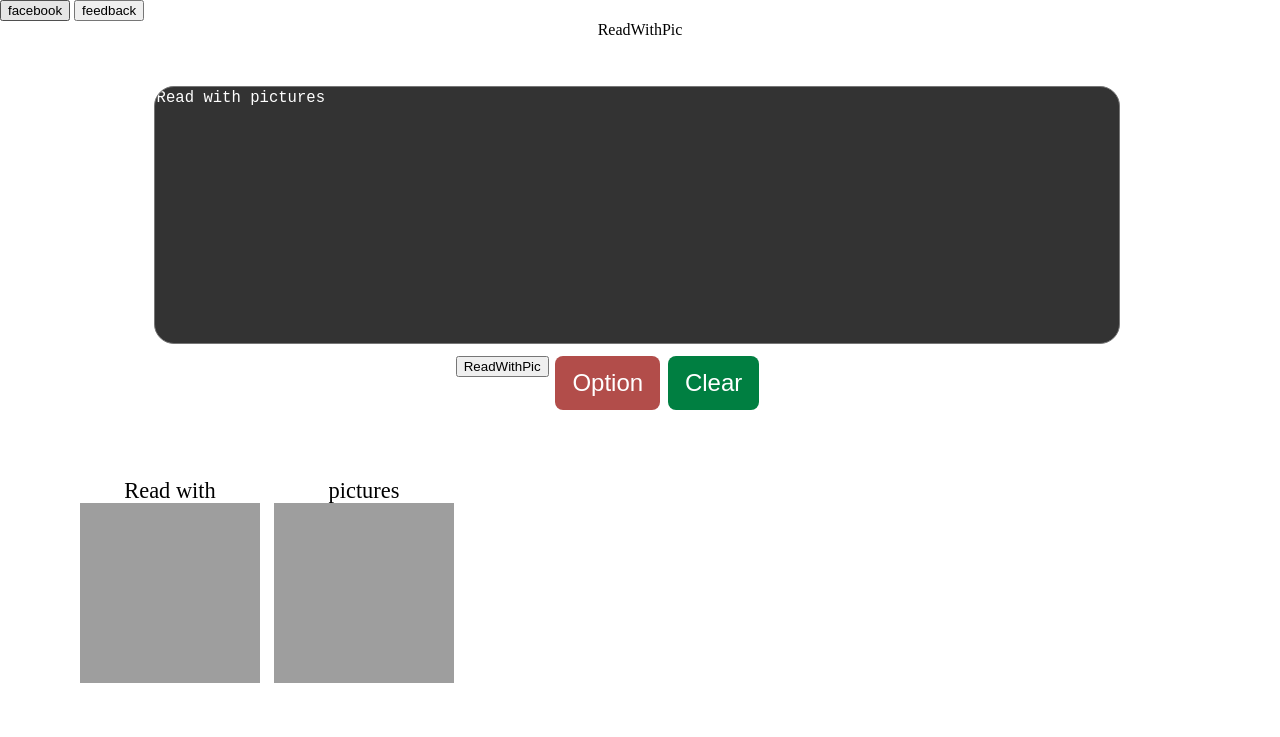
Repository: readwithpic/readwithpic.github.io
Page: index.html
The author's editor kept a record of every edit. The page is drawn from the files as they stood at one moment, then again after the next edit.
The browser window is 1280 px wide. The pictures show the whole page.
Pictures or frames that could not be fetched are drawn as grey boxes. Some web libraries are served in a nearby version.

Above is the page before.
Console error: TypeError: Cannot read properties of undefined (reading 'length')

### index.html
<!DOCTYPE html>
<html>

    <head>
        <meta charset="utf-8">
        <link rel="stylesheet" type="text/css" href="style.css" />
        <script src="https://ajax.googleapis.com/ajax/libs/jquery/2.1.3/jquery.min.js"></script>
        <script type="text/javascript" src="jscript.js"></script>
    </head>

    <body>
        <!-- <button type="button" id="feedback">Feedback</button>-->
        <!--Facebook Code-->
        <div class="social">
            <button type="button" class="facebook" onclick="window.open('https://www.facebook.com/readwithpic','_blank')">facebook
            </button>
            <button type="button" class="feedback"  onclick="window.open('https://www.facebook.com/readwithpic','_blank')">feedback
            </button>
        </div>
        <div class="logo"><a href="http://readwithpic.github.io" class="linkColor">ReadWithPic</a>
        </div>
        <div id="textBox">
            <div>
                <button type="button" id="roundB">
                    <p class="msg">R..</p>
                </button>
                <button type="button" id="closeB">
                    <p class="msg">X</p>
                </button>
            </div>
            <div>
                <textarea rows="10" cols="80" id="textInput" name="texthere">Read with pictures</textarea>
            </div>
            <div class="optionBox">
                <form action="#">
                    <div id="checkboxP">
                        <input type="checkbox" name="option" id="funny">
                        <label for="funny"><span class="cText"> Some Humour</span></label>
                    </div>
                    <div id="divAni">
                        <input type="checkbox" name="option" id="ani">
                        <label for="ani"><span class="cText">Animation</span></label>
                    </div>
                </form>
            </div>
            <div class="mainGroup">
                <div class="group">
                    <div id="buttonSpin">
                        <div class="spinner">
                            <div class="bounce1"></div>
                            <div class="bounce2"></div>
                            <div class="bounce3"></div>
                        </div>
                    </div>
                    <button type="button" id="convert">ReadWithPic</button>
                    <button type="button" id="option"><span id='optionText'>Option</span><span id='optionClose'>X</span></button>
                    <button type="button" id="clear">Clear</button>
                </div>
            </div>
        </div>
        <div class="front">
            <ul>
                <li class="showIt">
                    <figure>
                        <img src="http://www.auburn.edu/academic/education/reading_genie/navig/read.gif" height=180 width=180>
                        <figcaption>
                            <p class='withPic'>Read with</p>
                        </figcaption>
                    </figure>
                </li>
                <li class="showIt">
                    <figure>
                        <img src="https://pbs.twimg.com/profile_images/425063504039538688/sO0mRdKW.jpeg" height=180 width=180>
                        <figcaption>
                            <p class='withPic'>pictures</p>
                        </figcaption>
                    </figure>
                </li>
            </ul>
        </div>
        <!--debug <button type="button" id="loadme">Load</button>
            <button type="button" id="debug">debug</button>
           -->
        <div id="display">
            <ul>
                <li id="listLoad">
                    <div id="loadingSpin">
                        <div class="spinner">
                            <div class="bounce1"></div>
                            <div class="bounce2"></div>
                            <div class="bounce3"></div>
                        </div>
                    </div>
                </li>
            </ul>
        </div>
        <div><span id="sDebug"> </span><span id="what"></span>
        </div>
    </body>

</html>

### style.css
html, body { height: 100%; width: 100%; margin: 0; }


.logo{
    text-align:center;
    cursor:hand;
}

a:link {
    text-decoration: none;
}

a:visited {

    text-decoration: none;
}

a:hover {
    text-decoration: none;
}

a:active {
    text-decoration: none;

}
.linkColor{
    color:black;
}
#facebook{
   cursor:pointer;
   text-align:center;
   background-color: #3763A8;
   color: white;
   font-size: 1.2em;
   text-decoration: none;
   padding: 0.1% 0.1% ;
   border: none;
}

#facebook:hover{
    background-color:#3b5998;
}

#facebook:active{
    background-color:#3763A8;
}

#feedback{
   cursor:pointer;
   text-align:center;
   background-color: #BF4572;
   color: white;
   font-size: 1.2em;
   text-decoration: none;
   padding: 0.1% 0.1% ;
   border: none;

}

#feedback:hover{
    background-color:#7F2E4C;
}

#feedback:active{
    background-color:#BF4572;
}

.fb-like{
    width:200px;
}

li {
    display: inline-block;
    text-align:center;
    height:250px;
    padding-left:-100px;
}

.showIt{
    display:inline-block;
}

img{
    margin-right:-70px;
    float:left;
    padding:0px 0px 0px 0px;
}

#searchbox {
    width:600px;
    height:200px;
}

p {
 display:inline;
}

.withPic{
    font-size:1.4em;
    position:relative;
    left:35px;
    top:-205px;
    z-index:-1;
}
.onlyText{
 margin-left:4px;
}

#sDebug{
    background-color:brown;
}

#what{
    background-color:red;
}

/*half page div box */
#textBox{
  position:absolute;
  width:100%;
  height:50%;
}

textarea{
    -webkit-overflow-scrolling: touch;
}

#textInput{
    color:white;
    font-size:1.2em;
    position:absolute;
    display:block;
    resize:none;
    top:13%;
    left:12%;
    width:75%;
    height:70%;
    background-color:#333333;
    -moz-border-radius: 10px;
    -webkit-border-radius: 10px;
    border-radius: 20px;

}

#textInput:focus{
  border-color: #FF6C24;
  outline:none;
}

.front{
    position:relative;
    top:60%;
}

.optionBox{
    position:fixed;
    top:14%;
    background-color:#B24D4A;
    width:190px;
    height:90px;
    color:white;
    border-top-right-radius:20px;
    border-bottom-right-radius:20px;
    display:none;
}

#optionText{
    display:block;
}

#optionClose{
   margin-left:28.5px;
   margin-right:26px;
   display:none;
}

.cText{
   font-size:1.5em;
}

input[type=checkbox]
{
  display:inline-bloc;
   margin-left:15px;
   margin-top:15px;
   margin-right:10px;
  /* Double-sized Checkboxes */
  -ms-transform: scale(3); /* IE */
  -moz-transform: scale(3); /* FF */
  -webkit-transform: scale(3); /* Safari and Chrome */
  -o-transform: scale(3); /* Opera */
  padding: 10px;

}

.mainGroup {
    float:left;
    position:relative;
    top:88%;
    left:44%;
}

.group {
    width:215px;
    float:left;
    position:relative;
    left:-50%;
}

#divAni{
    margin-top:10px;
}
#readwithpic  {
    display:inline-block;
    text-align:center;
    background-color: #FF6C24;
   -webkit-border-radius: 8px;
    -moz-border-radius: 8px;
    border-radius: 8px;
     color: white;
   font-size: 1.5em;
   text-decoration: none;
   padding: 6% 8% ;
   border: none;
   }

#readwithpic:hover{
    background-color:#E55900;
}

#readwithpic:active {
   background-color: #993D00;
   }

#readwithpic:disabled{
background-color:#FFAA70;
}

#buttonSpin{
    position:absolute;
    margin-top:10%;
    margin-left:28%;
    display:none;
}

#clear{
    position:absolute;
    display:inline-block;
    margin-left:119px;
    text-align:center;
    background-color: #007F41;
   -webkit-border-radius: 8px;
    -moz-border-radius: 8px;
    border-radius: 8px;
   color: white;
   font-size: 1.5em;
   text-decoration: none;
   padding: 6% 8% ;
   border: none;
   }

#clear:hover {
   background-color:  #00683B;
   }


#clear:active {
   background-color: #007F41;
   }

#option{
    position:absolute;
    margin-left: 6.5px;
    text-align:center;
    background-color:#B24D4A;
   -webkit-border-radius: 8px;
    -moz-border-radius: 8px;
    border-radius: 8px;
   color: white;
   font-size: 1.5em;
   text-decoration: none;
   padding: 6% 8% ;
   border: none;
   }

#option:hover {
   background-color:#B23734;
   }


#option:active {
   background-color:#B24D4A;
   }


#roundB{
  position:fixed;
  top:1.5%;
  right:5%;
  width:50px;
  height:50px;
  background-color: #FF6C24;
  border-radius:50%;
  border: none;
  text-align:center;
  font-size:2em;
  color:white;
  display:none;
}

#roundB:hover{
    background-color:#E55900;
}

#roundB:active {
   background-color: #FF6C24;
   }

#closeB{
  position:fixed;
  top:1.5%;
  right:5%;
  width:50px;
  height:50px;
  background-color:#FF4024;
  border-radius:50%;
  border: none;
  text-align:center;
  font-size:2em;
  display:none;
}

#closeB:hover{
    background-color:#B20A00;
}

#closeB:active {
   background-color:#FF4024;
}

/* Loading */
#listLoad{
  position:relative;
  width:180px;
  height:180px;
  display:none;
}

#loadingSpin{
    position:absolute;
    top:77px;
    left:67px;
    z-index:-2;
}

spinner {
  margin-left:100px;
  width: 70px;
  text-align: center;
}

.spinner > div {
  width: 15px;
  height: 15px;
  background-color: #333;
  border-radius: 100%;
  display: inline-block;
  -webkit-animation: bouncedelay 1.4s infinite ease-in-out;
  animation: bouncedelay 1.4s infinite ease-in-out;
  /* Prevent first frame from flickering when animation starts */
  -webkit-animation-fill-mode: both;
  animation-fill-mode: both;
}

.spinner .bounce1 {
  -webkit-animation-delay: -0.32s;
  animation-delay: -0.32s;
}

.spinner .bounce2 {
  -webkit-animation-delay: -0.16s;
  animation-delay: -0.16s;
}

/* loading end */

@-webkit-keyframes bouncedelay {
  0%, 80%, 100% { -webkit-transform: scale(0.0) }
  40% { -webkit-transform: scale(1.0) }
}

@keyframes bouncedelay {
  0%, 80%, 100% {
    transform: scale(0.0);
    -webkit-transform: scale(0.0);
  } 40% {
    transform: scale(1.0);
    -webkit-transform: scale(1.0);
  }
}

### jscript.js
var link = new Array();
var link2 = new Array();
//looping variables and interger only
var k, j, i, h, startNum, constantV, calNum;
var filterWords = ["is", "are", "all", "another", "any", "anybody", "anyone", "anything", "botheach", "each", "other", "either", "everybody", "everyone", "everything", "few", "he", "her", "hers", "herself", "him", "himself", "his", "it", "its", "itself", "many", "me", "mine", "more", "most", "much", "myself", "neither", "no", "one", "nobody", "none", "nothing", "another", "other", "others", "ours", "ourselves", "several", "she", "some", "somebody", "someone", "something", "their", "theirs", "them", "themselves", "these", "they", "this", "those", "us", "we", "what", "whatever", "which", "whichever", "who", "whoever", "whom", "whomever", "whose", "you", "your", "yours", "yourself", "yourselves", "that", "it's", "time", "person", "year", "way", "day", "thing", "man", "world", "life", "hand", "part", "child", "eye", "woman", "place", "work", "week", "case", "point", "government", "company", "number", "group", "problem", "fact", "be", "have", "do", "say", "get", "make", "go", "know", "take", "see", "come", "think", "look", "want", "give", "use", "find", "tell", "ask", "work", "seem", "feel", "try", "leave", "call", "good", "new", "first", "last", "long", "great", "little", "own", "other", "old", "right", "big", "high", "different", "small", "large", "next", "early", "young", "important", "few", "public", "bad", "same", "able", "to", "of", "in", "for", "on", "with", "at", "by", "from", "up", "about", "into", "over", "after", "beneath", "under", "above", "the", "and", "a", "that", "", "it", "not", "he", "as", "you", "this", "but", "his", "they", "her", "she", "or", "an", "will", "my", "one", "all", "would", "there", "their", "aboard", "about", "above", "across", "after", "against", "along", "amid", "among", "around", "as", "at", "before", "behind", "below", "beneath", "beside", "besides", "between", "beyond", "but", "by", "concerning", "considering", "despite", "down", "during", "except", "excepting", "excluding", "following", "for", "from", "in", "inside", "into", "like", "minus", "near", "of", "off", "on", "onto", "opposite", "outside", "over", "past", "per", "plus", "regarding", "round", "save", "since", "than", "through", "to", "toward", "towards", "under", "underneath", "unlike", "until", "up", "upon", "versus", "via", "with", "within", "without"];
var lastList, textInput, myScroll, loadList, count,option,animation, userInput, cleanSent, search;
var $win, $doc, $list, $textArea, $roundB, $closeB, $buttonSpin, $funny, $ani;

$(document).ready(function () {
    $list = $('li');
    textInput = $('#textInput');
    loadList = $('#listLoad');
    $win = $(window);
    $doc = $(document);
    $textArea = $('textarea');
    $roundB = $('#roundB');
    $closeB = $('#closeB');
    $buttonSpin=$('#buttonSpin');
    $funny=$('#funny');
    $ani=$('#ani');

    //Enable or Disable readwithpic button
    $textArea.keyup(function () {
        if ($(this).val() && $('li').length > 1) {
            $('#readwithpic').removeAttr('disabled');
        } else {
            $('#readwithpic').attr('disabled', 'disabled');
        }
    });

    $('#readwithpic').click(function () {
        //avoid rapid click from user
        $('#readwithpic').attr('disabled', 'disabled');

        //Immediately remove two front pictures
        $('.frontDisplay').remove();

        //textarea animation effect during middle of screen
        if (textInput.height() > 350) {
            $('#textInput').fadeOut('fast');
            $('.mainGroup').fadeOut('fast');
            $closeB.hide();

        //textarea animation effect at home page
        } else {
            $('#textInput').slideUp('fast');
            $('.mainGroup').fadeOut('fast');
        }

        //Option display for humor and animation    ----START--->
        if($funny.is(':checked')){
            option='funny';
        }else{
            option='';
        }

        if($ani.is(':checked')){
            animation='imgtype=animated&';
        }else{
            animation='';
        }

        //Don't show list of option at home page unless user pressed option button
        $('.optionBox').hide();

        //option button text
        $('#optionText').show();

        //hide option button close logo
        $('#optionClose').hide();
        //Option display    ----END----<

        //main brain of textarea    ----START---->
        count = 0;
        h = 0;
        j = 0;
        myScroll = 0;
        // default number of search images to be loaded at first
        startNum = 30;
        //constantV is assigned to calNum to load given number consistant images after each scroll
        calNum = startNum;
        link.length = 0;
        link2.length = 0;
        $('#what').empty();
        $('.onlyText').remove();
        userInput = $('textarea[name=texthere]').val();
        cleanSent = userInput.replace(/\s+/g, ' ');// remove more than 1 space.
        search = cleanSent.split(" ");//seperate each words from the sentence and put in array.
        callAjax(search[j]); //callAjax is the main function to get look for image
        //brain transfer            ----END----<

        //Remove all the lists
        $('li').remove();

        //Display loading sign as a first list element
        $('#display ul').append(loadList);

        //Display loading while ajax request
        loadList.show();

        //small upperight-corner round button
        $roundB.show('fast');
        $buttonSpin.show();
    });

    //Empty textarea
    $('#clear').click(function () {
        $textArea.val('');
    });

    //Option box
    $('#option').click(function() {
        if($('.optionBox').is(':visible')){
            $('.optionBox').hide();
            $('#optionText').show();
            $('#optionClose').hide();
        }else{
            $('.optionBox').show();
            $('#optionText').hide();
            $('#optionClose').show();
        }
    });

    //Text are control(round button)    ---START--->
    $('#roundB').click(function () {
        //display textBox at the middle of screen.
        $('#textInput').css({
            'position': 'fixed',
                'top': '10%',
                'left': '9%',
                'width': '80%',
                'height': '70%'
        });
        $('.mainGroup').css({
            'position': 'fixed',
                'top': '82%'
        });
        $('#textInput').fadeIn('fast');
        $('.mainGroup').fadeIn('fast');
        $('#closeB').show();
        $('.optionBox').css({
            'position': 'fixed',
                'top': '14%',
        });
        $(this).hide();
    });

    //close button
    $('#closeB').click(function () {
        $('#textInput').fadeOut('fast');
        $('.mainGroup').fadeOut('fast');
        $roundB.show();
        $('.optionBox').hide();
         $('#optionText').show();
        $('#optionClose').hide();
        $(this).hide();
    });
    //text are control button   ---END---<


    $win.resize(function () {
        // load the rest of screen if the user reduce the zoom less than 100%
        if (lastList.offset().top < $win.height() && myScroll === 1) {
            myScroll = 1;
            $win.scroll();
        }
    });


    //load additiona pictures when user scroll.
    $win.scroll(function () {
        if ($win.scrollTop() + $win.height() > $doc.height() - $doc.height() / 4 && myScroll === 1 && j < search.length) {
            h = 0;
            //To reuse same Array link2
            link.length = 0;
            link2.length = 0;

            //load number of images after each scroll
            constantV = 10;

            //reintalize the calNum to display given constant number of images accross the screen
            calNum += constantV;
            callAjax(search[j]);
            myScroll = 0;
        } else if (j === search.length) {
            loadList.hide();
        }
    });

    //dubugging zone
    $('#debug').click(function () {
        $('#sDebug').append('<br>' + "Linklength1 : " + link.length + '<br>');
        $('#sDebug').append("Linklength2 : " + link2.length + '<br>');
        $("#sDebug").append("dubug j value :" + j + '<br>');
        $('#sDebug').append("dubug i value:" + i + '<br>');
        $('#sDebug').append("dubug count value:" + count + '<br>');
        $('#sDebug').append("dubug k value:" + k + '<br>');
    });
});

function callAjax(index) {
    var choice,animationPic;
    var rand=Math.floor(Math.random() * 3);

    if( rand === 1 && option==='funny'){
        choice='funny';
    }else{
        choice='';
    }

    if((rand === 1 || rand === 2) && animation === 'imgtype=animated&'){
        animationPic = 'imgtype=animated&';
    }else{
        animationPic = '';
    }

    var look = new URL('https://ajax.googleapis.com/ajax/services/search/images?v=1.0&safe=active&' + animationPic + 'q=' + choice + index + '&callback=?');
    $.ajax({
        url:look,
        dataType: 'json',
        success: function (data) {
            if (data.responseData.results.length === 0) {
                if (j < startNum) {
                    link[j] = "http://upload.wikimedia.org/wikipedia/commons/9/98/MA_Route_blank.svg";
                    j++;
                } else {
                    link2[h] = "http://upload.wikimedia.org/wikipedia/commons/9/98/MA_Route_blank.svg";
                    j++;
                    h++;
                }
            } else {
                if (j < startNum) {
                    link[j] = data.responseData.results[0].url;
                    j++;
                } else {
                    link2[h] = data.responseData.results[0].url;
                    j++;
                    h++;
                }
            }
            //checked against the calNum to make sure it doesn't load images more then startNum(default number of images to be load at first)
            if (j < search.length && j < calNum) {
                callAjax(search[j]);
            } else {
                show();
            }
        }
    });
}

//function do display first 30 words
function show() {
    var loopNum;
    i = 0;

    //slideUp or fadeOut the textarea and button
    if (count === 0) {
        for (i; i < j; i++) {;
            //indexOf(search[j]) returns -1 if the value is not present inside array search[j];
            //check if search[j] is not the first html list element
            if (filterWords.indexOf(search[i]) !== -1 && $list.length > 0) {
                $('.withPic').last().append('<p class=onlyText>' + search[i] + '</p>');
            } else {
                $('#display ul').append('<li class="showIt">' + '<figure>' + '<img src="' + link[i] + '" height=180 width=180>' +
                    '<figcaption>' + '<p class=withPic>' + search[i] + '</p>' + '</figcaption>' + '</figure>' + '</li>');
            }
        }
        $buttonSpin.hide();

        //get the last list element
        lastList = $('li:last').attr('class', 'showIt');

        //always put the loading at the last element
        $('#display ul').append(loadList);

        //disable this for loop
        count = 1;

        //initiate scroll
        myScroll = 1;

        //for bigger bigger resolution or screen to load more list element than intiated max startNum value
        if (lastList.offset().top < $win.height()) {
            $win.scroll();
        }
    } else {
        k = 0;
        //to run the loop if the value of constantV is less then link2.length.
        if (link2.length < constantV) {
            i = j - link2.length;
            loopNum = i + link2.length;
            //$('#what').append('<br>' + 'insideLOOPNUM: ' + loopNum);
            //Once value of j arrives here it'll be orginal value + constantV because callAjax function have already run twice
        } else {
            i = j - constantV;
            loopNum = i + constantV;
        }

        for (i; i < loopNum; i++) {
            //indexOf(search[j]) returns -1 if the value is not present inside array search[j];
            //check if search[j] is not the first html list element
            if (filterWords.indexOf(search[i]) !== -1 && $list.length > 0) {
                $('.withPic').last().append('<p class=onlyText>' + search[i] + '</p>');
            } else {
                $('#display ul').append('<li class="showIt">' + '<figure>' + '<img src="' + link2[k] + '" height=180 width=180>' +
                    '<figcaption>' + '<p class=withPic>' + search[i] + '</p>' + '</figcaption>' + '</figure>' + '</li>');
            }
            k++;
            //for debug purposes
            // $('#what').append('<br>' + 'insideIvalue: ' + i);
            // $('#what').append('<br>' + 'insideKvalue: ' + k);
            // $('#what').append('<br>' + 'insideJvalue: ' + j);
        }

        $('#display ul').append(loadList);
        myScroll = 1;

        if (lastList.offset().top < $win.height()) {
            $win.scroll();
        }

    }
}

After the next edit:
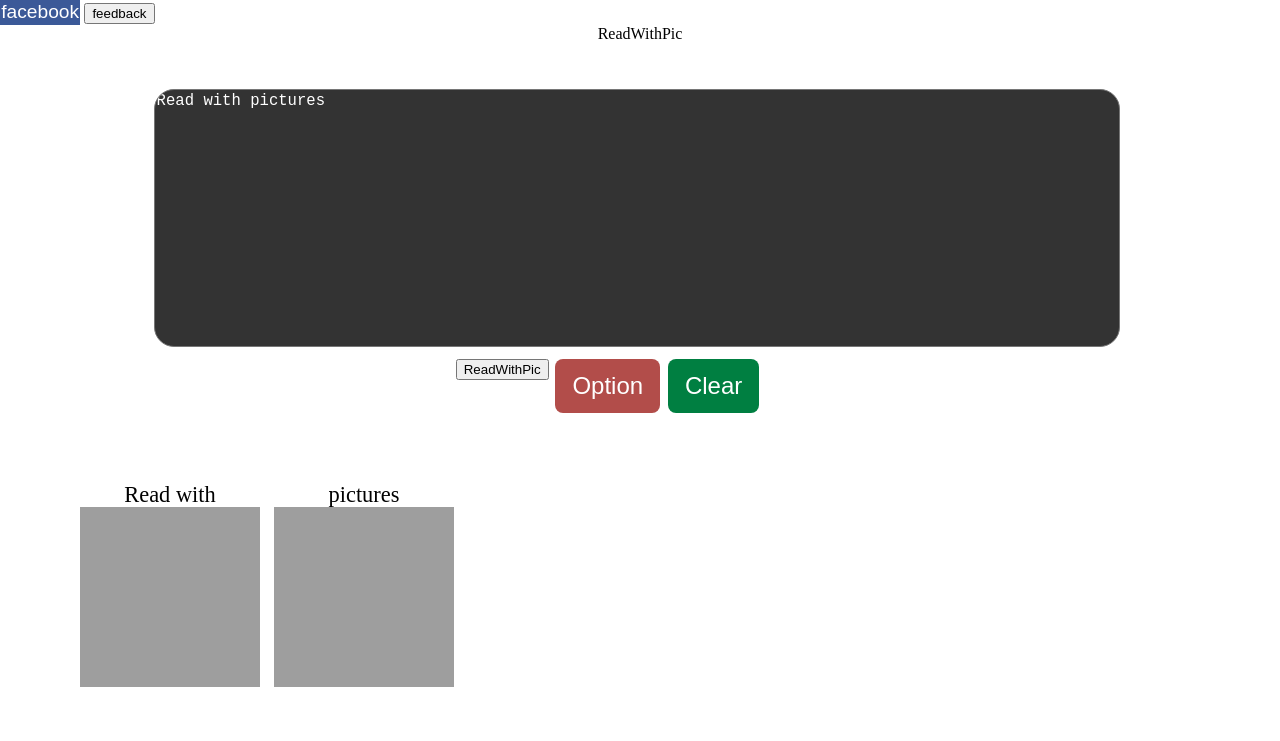
The edit:
--- a/index.html
+++ b/index.html
@@ -12,7 +12,7 @@
         <!-- <button type="button" id="feedback">Feedback</button>-->
         <!--Facebook Code-->
         <div class="social">
-            <button type="button" class="facebook" onclick="window.open('https://www.facebook.com/readwithpic','_blank')">facebook
+            <button type="button" id="facebook" onclick="window.open('https://www.facebook.com/readwithpic','_blank')">facebook
             </button>
             <button type="button" class="feedback"  onclick="window.open('https://www.facebook.com/readwithpic','_blank')">feedback
             </button>
